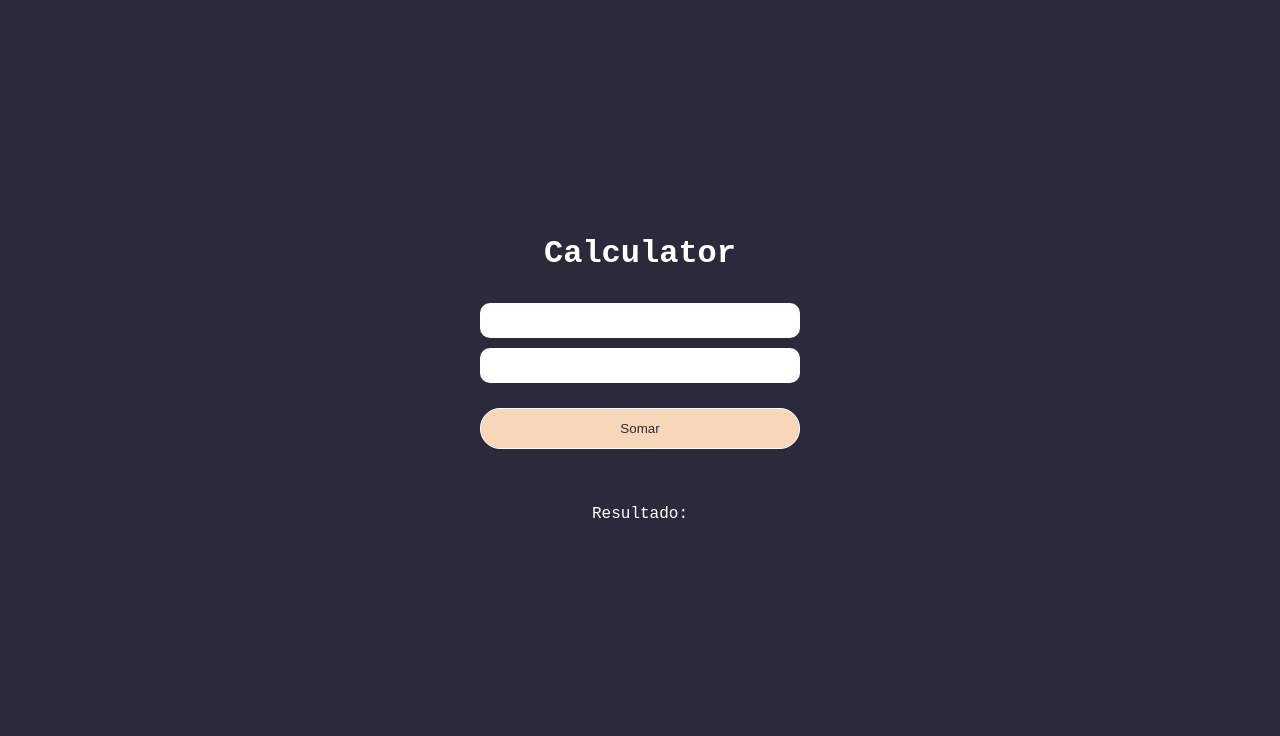
Repository: MilenaMelo/test-calculator-selenium
Page: calculadora.html
These files come from the project's save history. The page is drawn as it stood at one moment and after the next save; the edit follows.
The browser window is 1280 px wide. The pictures show the whole page.

Above is the page before, as saved 2021-04-29 19:26:09.

After the next save:
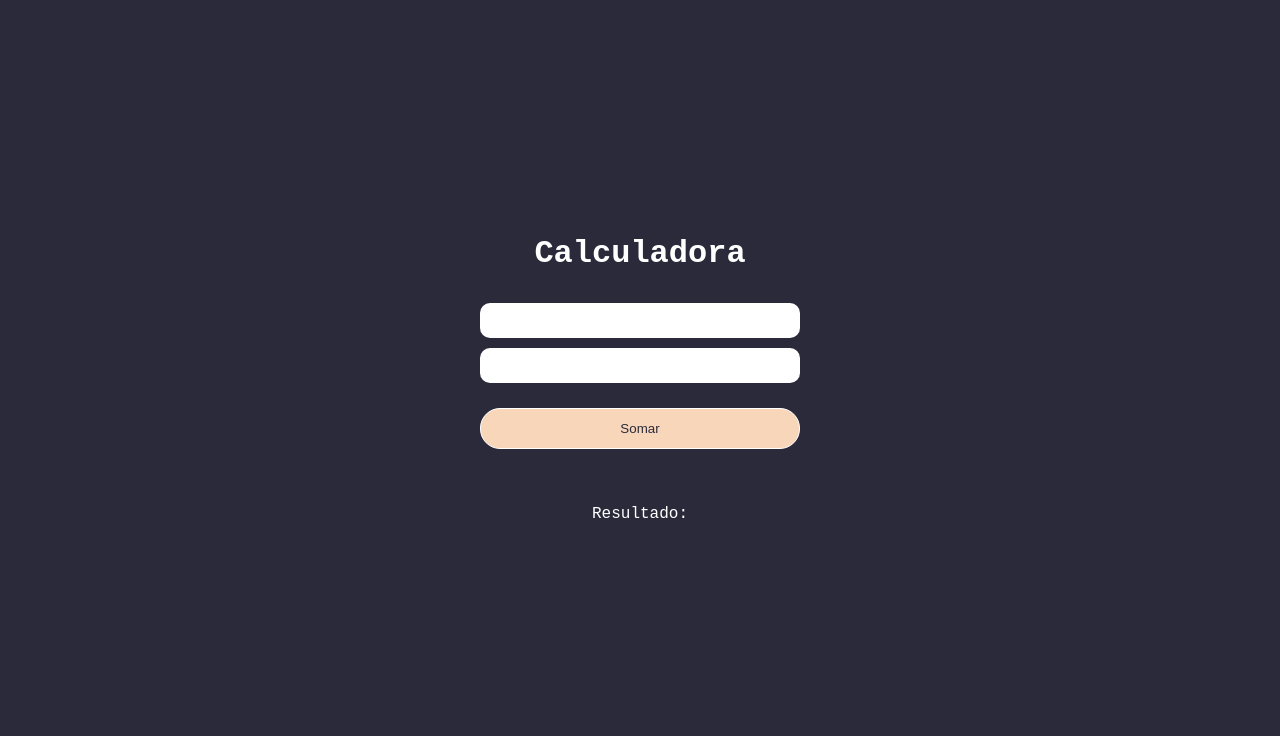
Saved 18 h 22 min later.
--- a/calculadora.html
+++ b/calculadora.html
@@ -6,7 +6,7 @@
         <title>Calculator</title>
     </head>
     <body>
-        <h1>Calculator</h1>
+        <h1>Calculadora</h1>
         <input type='number' id="one" name="one" value=''>
         <input type='number' id="two" name="two" value=''>
         <button id="soma" onclick="soma()"> Somar </button>
@@ -14,7 +14,6 @@
         <br />
         Resultado:
         <span id="result"></span>
-        <span id="confirm"></span>
 
         <script type="text/javascript">
             var result = 0;
